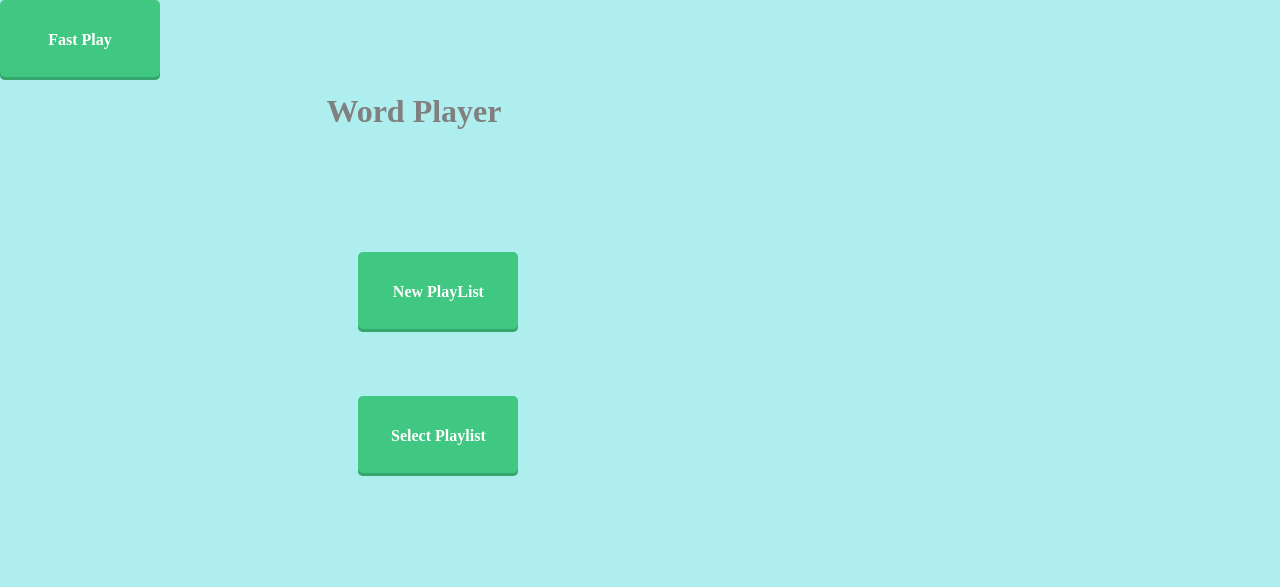
Repository: Artem-Brunov/msu_prac
Page: workspace/BasicUI/index.html
An editor plug-in stored every save of this project. The page is shown before and after the next save, followed by the edit.
The browser window is 1280 px wide. The pictures show the whole page.

Above is the page before, as saved 2017-11-19 20:40:09.

After the next save:
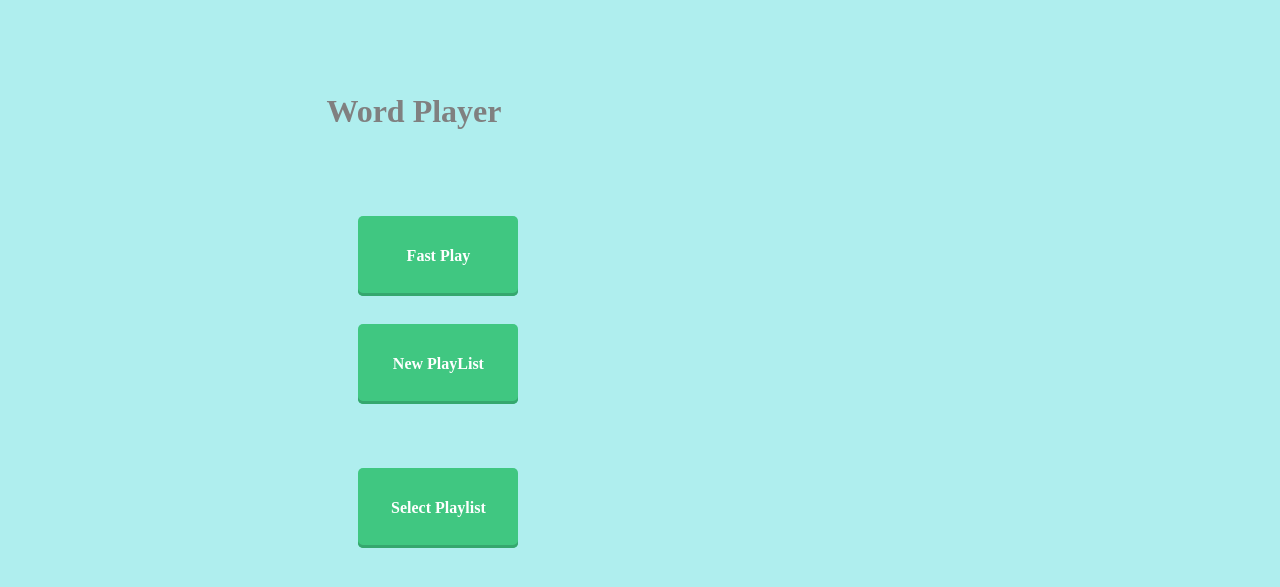
Saved 86 s later.
--- a/workspace/BasicUI/css/style.css
+++ b/workspace/BasicUI/css/style.css
@@ -35,13 +35,19 @@ a.first_button:active {
 }
 .New {
 	position: absolute;
-  	top: 35%;
+  	top: 45%;
   	left: 28%;
 
 }
 .Select {
 	position: absolute;
-  	top: 55%;
+  	top: 65%;
   	left: 28%;
 
 }
+.FastPlay {
+	position: absolute;
+  	top: 30%;
+  	left: 28%;
+
+}
